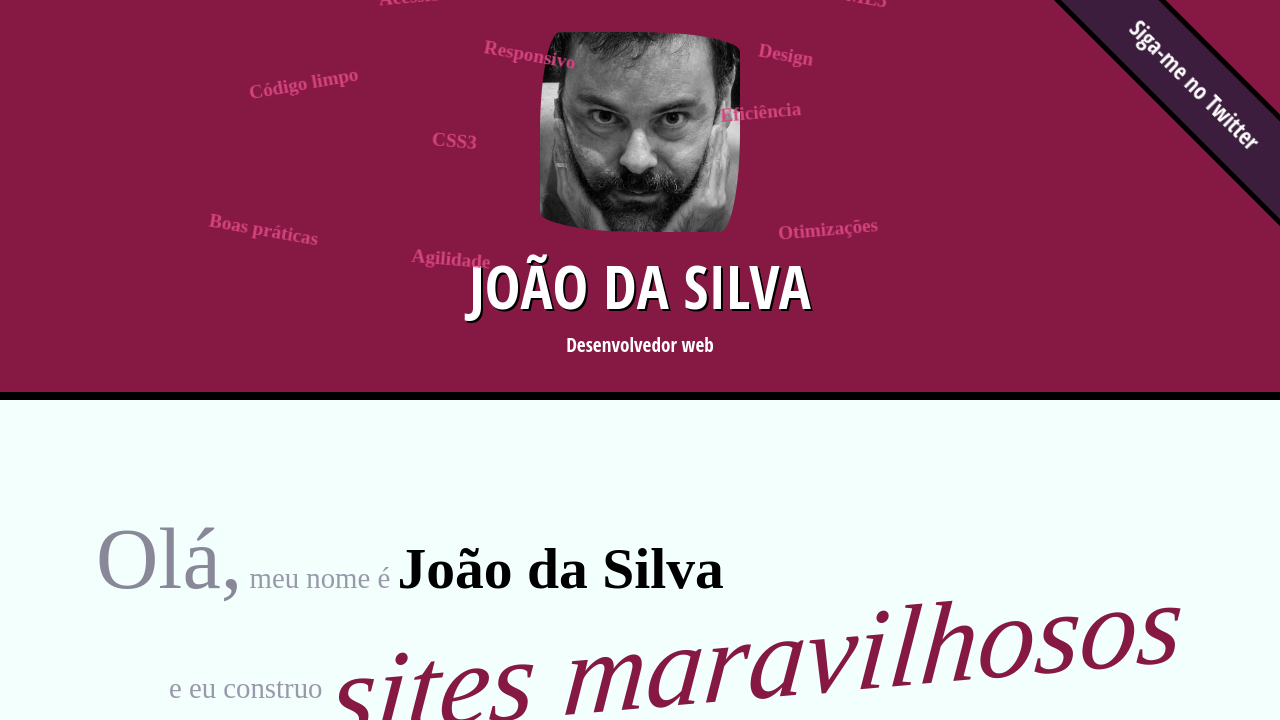
Repository: MichelMiola/html5Css3Avancado
Page: projeto/index.html
An editor plug-in stored every save of this project. The page is shown before and after the next save, followed by the edit.
The browser window is 1280 px wide. The pictures show the whole page.
An inner scrolling area shows only its first screen. Some web fonts or font styles are not loaded; a fallback is used.

Above is the page before, as saved 2015-03-20 19:46:15.

After the next save:
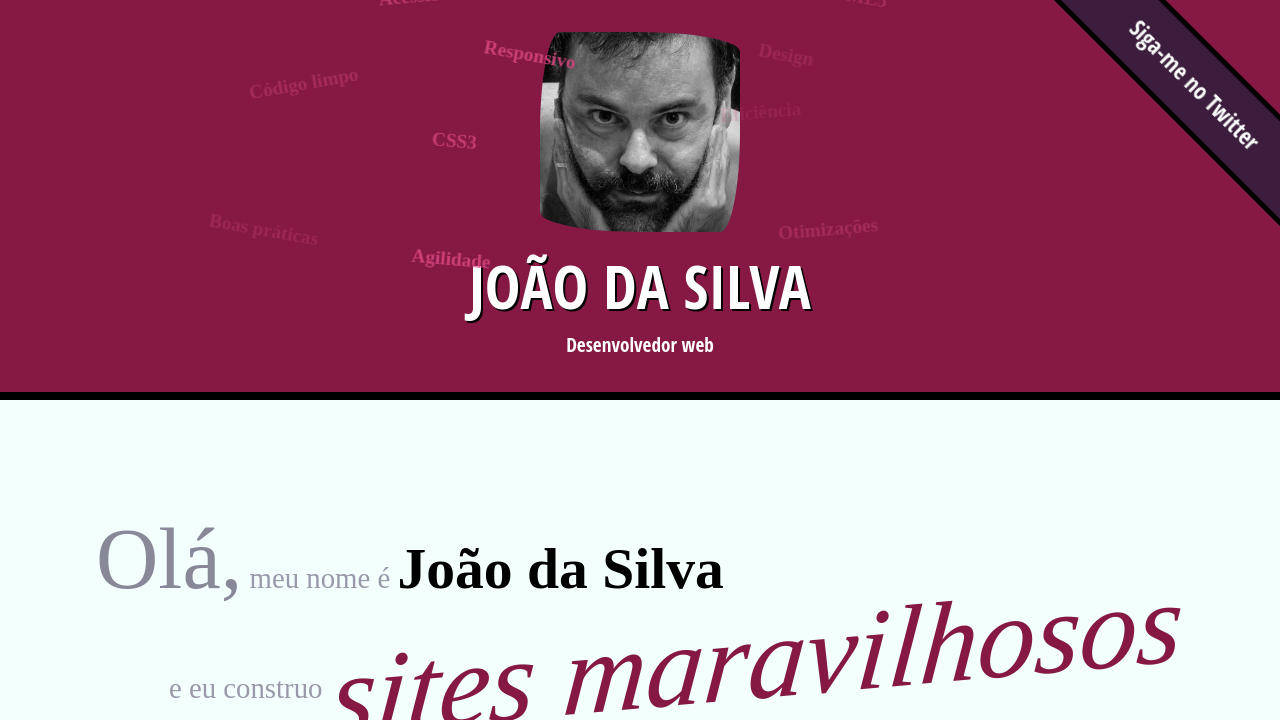
Saved 8 min 9 s later.
--- a/projeto/css/index.css
+++ b/projeto/css/index.css
@@ -153,56 +153,67 @@
   top: 50%;
   left: 60%;
   transform: translate(-50%, -50%) rotate(-5deg) translateZ(4px);
+  opacity: 0.2;
 }
 .boas-praticas {
   top: 70%;
   left: 20%;
   transform: translate(-50%, -50%) rotate(10deg) translateZ(1px);
+  opacity: 0.3;
 }
 .codigo-limpo {
   top: 45%;
   left: 25%;
   transform: translate(-50%, -50%) rotate(-10deg) translateZ(2px);
+  opacity: 0.4;
 }
 .css3 {
   top: 55%;
   left: 35%;
   transform: translate(-50%, -50%) rotate(5deg) translateZ(2px);
+  opacity: 0.8;
 }
 .html5 {
   top: 30%;
   left: 65%;
   transform: translate(-50%, -50%) rotate(10deg) translateZ(2px);
+  opacity: 0.4;
 }
 .javascript {
   top: 15%;
   left: 60%;
   transform: translate(-50%, -50%) rotate(-5deg) translateZ(1px);
+  opacity: 0.5;
 }
 .acessibilidade {
   top: 30%;
   left: 35%;
   transform: translate(-50%, -50%) rotate(-5deg) translateZ(3px);
+  opacity: 0.7;
 }
 .responsivo {
   top: 40%;
   left: 40%;
   transform: translate(-50%, -50%) rotate(10deg) translateZ(3px);
+  opacity: 0.9;
 }
 .otimizacoes {
   top: 70%;
   left: 65%;
   transform: translate(-50%, -50%) rotate(-5deg) translateZ(2px);
+  opacity: 0.4;
 }
 .agilidade {
   top: 75%;
   left: 35%;
   transform: translate(-50%, -50%) rotate(5deg) translateZ(1px);
+  opacity: 0.9;
 }
 .design {
   top: 40%;
   left: 60%;
   transform: translate(-50%, -50%) rotate(10deg) translateZ(2px);
+  opacity: 0.3;
 }
 
 header {
